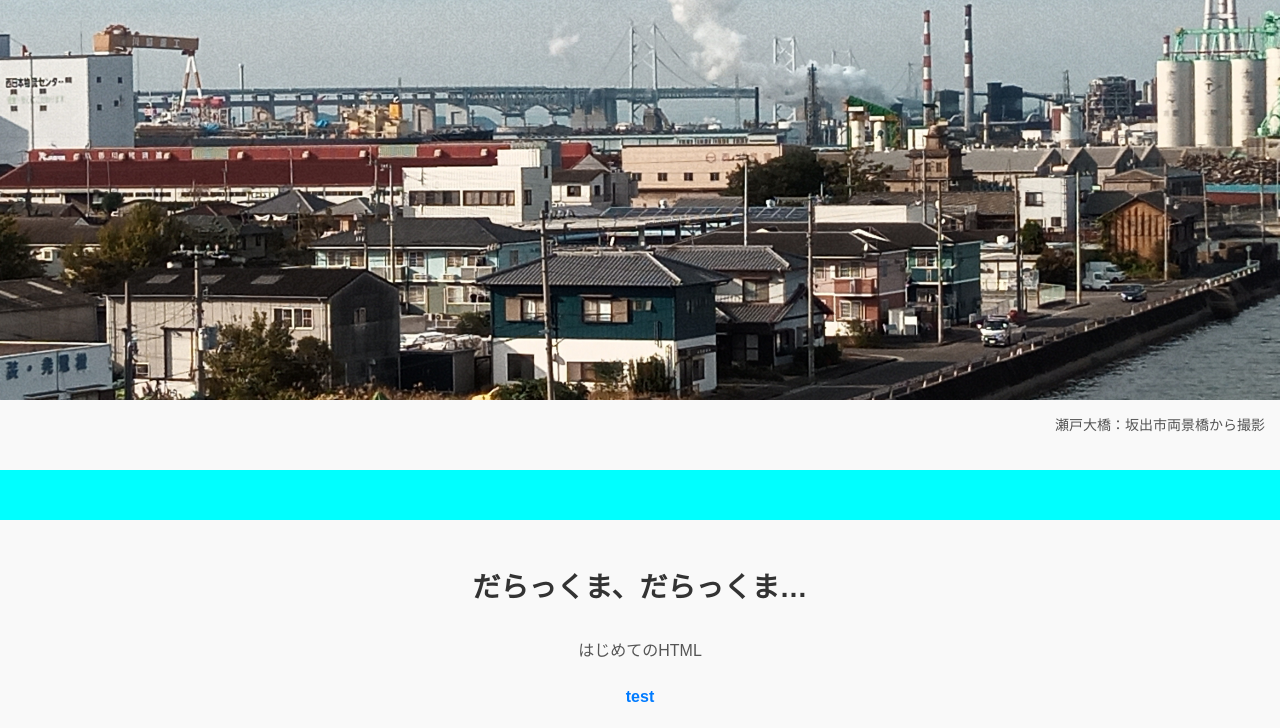
Repository: rydeen7907/html
Page: index.html
These files come from the project's save history. The page is drawn as it stood at one moment and after a run of saves; the edit follows.
The browser window is 1280 px wide. The pictures show the whole page.

Above is the page before, as saved 2025-04-26 18:28:34.

After the next 2 saves:
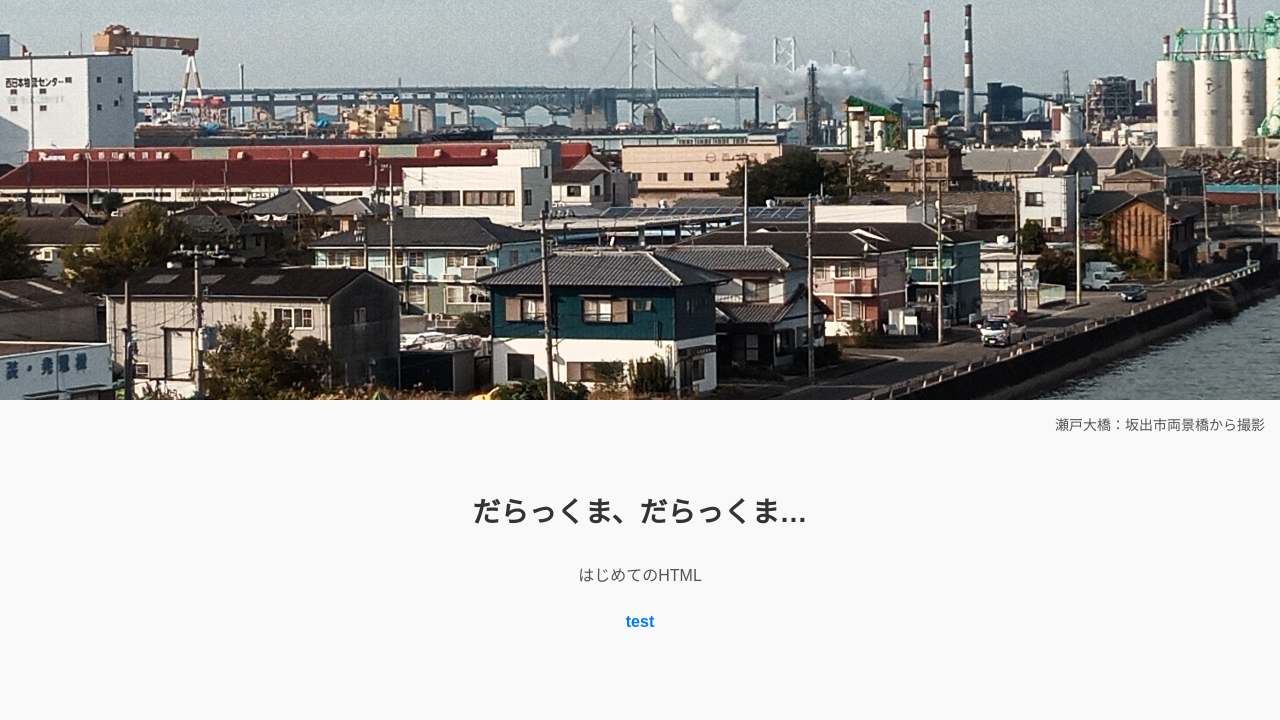
The 2 saves are shown as one change because they came seconds apart.
The last was saved 66 s later.
--- a/index.html
+++ b/index.html
@@ -80,10 +80,6 @@
     <img src="./image/ryokeibridge.jpg" alt="Header Image" class="header-image">
     <!-- 画像の説明文 -->
     <p class="image-caption">瀬戸大橋：坂出市両景橋から撮影</p>
-    <!-- スクロールテキストコンテナ -->
-    <div class="scrolling-text-container">
-        <h3 class="scrolling-text">2025.04.25 奥羽本線 新庄 ＜＝＞ 院内間 復旧…</h3>
-    </div>
         <!-- brタグはcssのマージンで代用 -->
     <h1>だらっくま、だらっくま…</h1>
     <p>はじめてのHTML</p>
